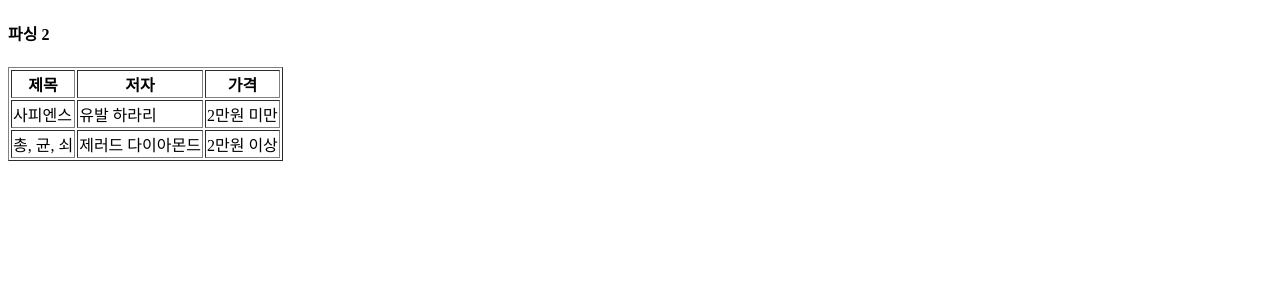
Repository: Motibidu/JSP_Servlet
Page: http://localhost/MushHaveJsp/11JSTL/etc/Xml.jsp
An editor plug-in stored every save of this project. The page is shown before and after the next save, followed by the edit.
The browser window is 1280 px wide. The pictures show the whole page.
The page is served by Tomcat 10. Other server files are loaded and not shown.

Above is the page before, as saved 2025-05-13 07:39:53.

### MushHaveJsp/src/main/webapp/11JSTL/etc/Xml.jsp
<%@ page language="java" contentType="text/html; charset=UTF-8" pageEncoding="UTF-8"%>

<%@ taglib prefix="c" uri="jakarta.tags.core"%>
<%@ taglib prefix="x" uri="jakarta.tags.xml"%>
<!DOCTYPE html>
<html>
<head>
<meta charset="UTF-8">
<title>JSTL- xml</title>
</head>
<body>
	<c:set var="booklist">
		<c:import url="../inc/BookList.xml" var="booklist" charEncoding="UTF-8" />
	</c:set>
	<x:parse xml= "${ booklist }" var="blist"/>

	<h4>파싱 2</h4>
	<table border= "1">
		<tr>
			<th>제목</th><th>저자</th><th>가격</th>
		</tr>
		<x:forEach select="$blist/booklist/book" var= "item">
		<tr>
			<td><x:out select="$item/name"/></td>
			<td><x:out select="$item/author"/></td>
			<td>
				<x:choose>
					<x:when select= "$item/price>= 20000">
						2만원 이상<br/>
					</x:when>
					<x:otherwise>
						2만원 미만<br/>
					</x:otherwise>
				</x:choose>
		</tr>
		</x:forEach>
	</table>
</body>
</html>

### MushHaveJsp/src/main/webapp/11JSTL/inc/BookList.xml
<?xml version="1.0" encoding="UTF-8"?>
<booklist>
	<book>
		<name>사피엔스</name>
		<author>유발 하라리</author>
		<price>19800</price>
	</book>
	<book>
		<name>총, 균, 쇠</name>
		<author>제러드 다이아몬드</author>
		<price>25200</price>
	</book>
</booklist>

After the next save:
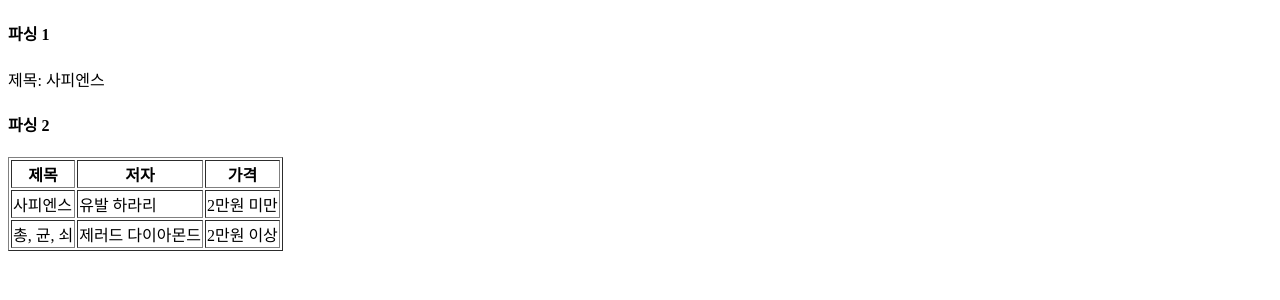
Saved 50 s later.
--- a/MushHaveJsp/src/main/webapp/11JSTL/etc/Xml.jsp
+++ b/MushHaveJsp/src/main/webapp/11JSTL/etc/Xml.jsp
@@ -13,6 +13,9 @@
 		<c:import url="../inc/BookList.xml" var="booklist" charEncoding="UTF-8" />
 	</c:set>
 	<x:parse xml= "${ booklist }" var="blist"/>
+
+	<h4>파싱 1</h4>
+	제목: <x:out select= "$blist/booklist/book[1]/name"/><br/>
 
 	<h4>파싱 2</h4>
 	<table border= "1">
